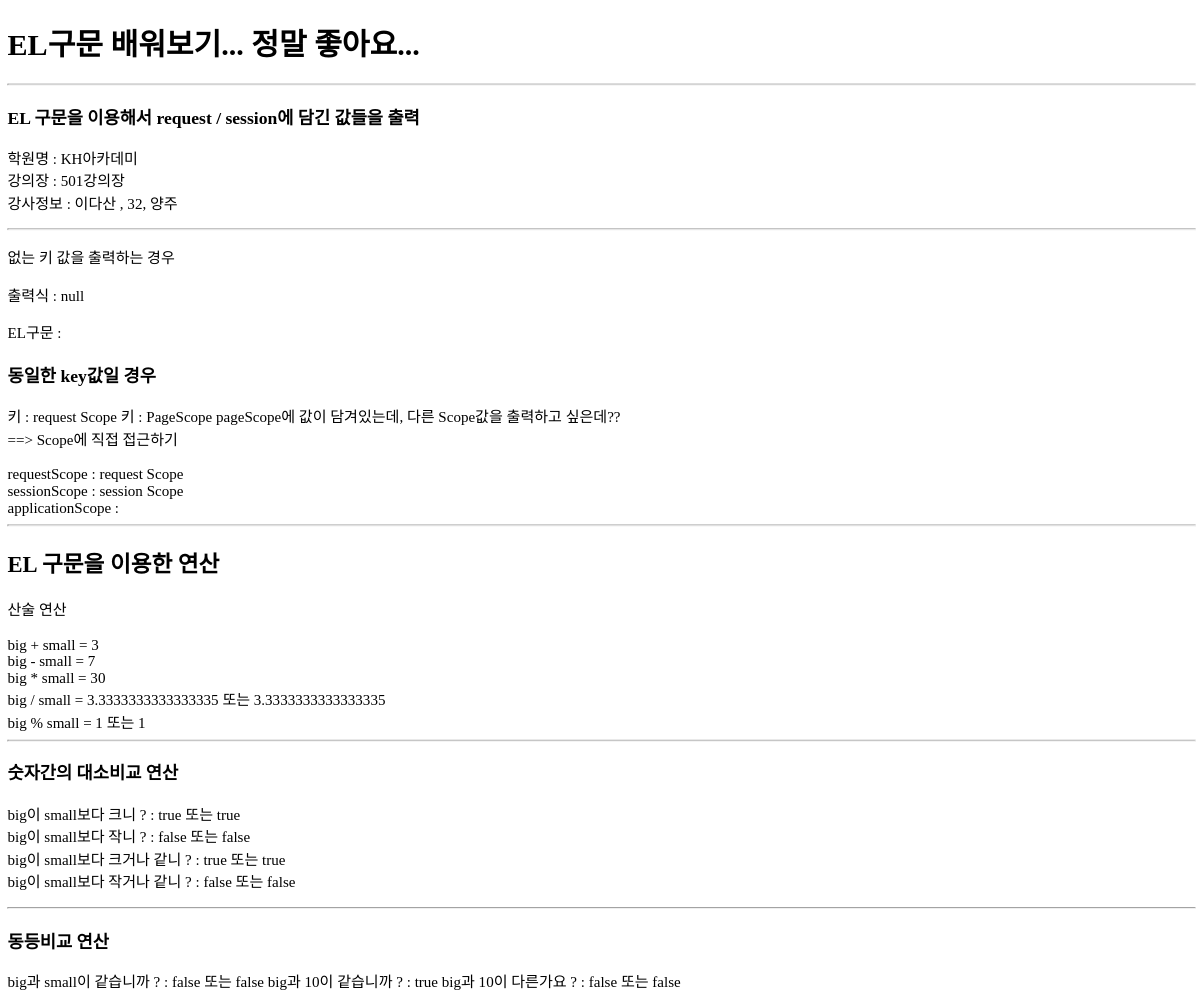
Repository: ham-zi/front-practice
Page: http://localhost/ActionProject/el.do
These files come from the project's save history. The page is drawn as it stood at one moment and after the next save; the edit follows.
The browser window is 1280 px wide. The pictures show the whole page, at 94% of full size.
The page is served by Tomcat 9.

Above is the page before, as saved 2026-05-06 06:36:06.

After the next save:
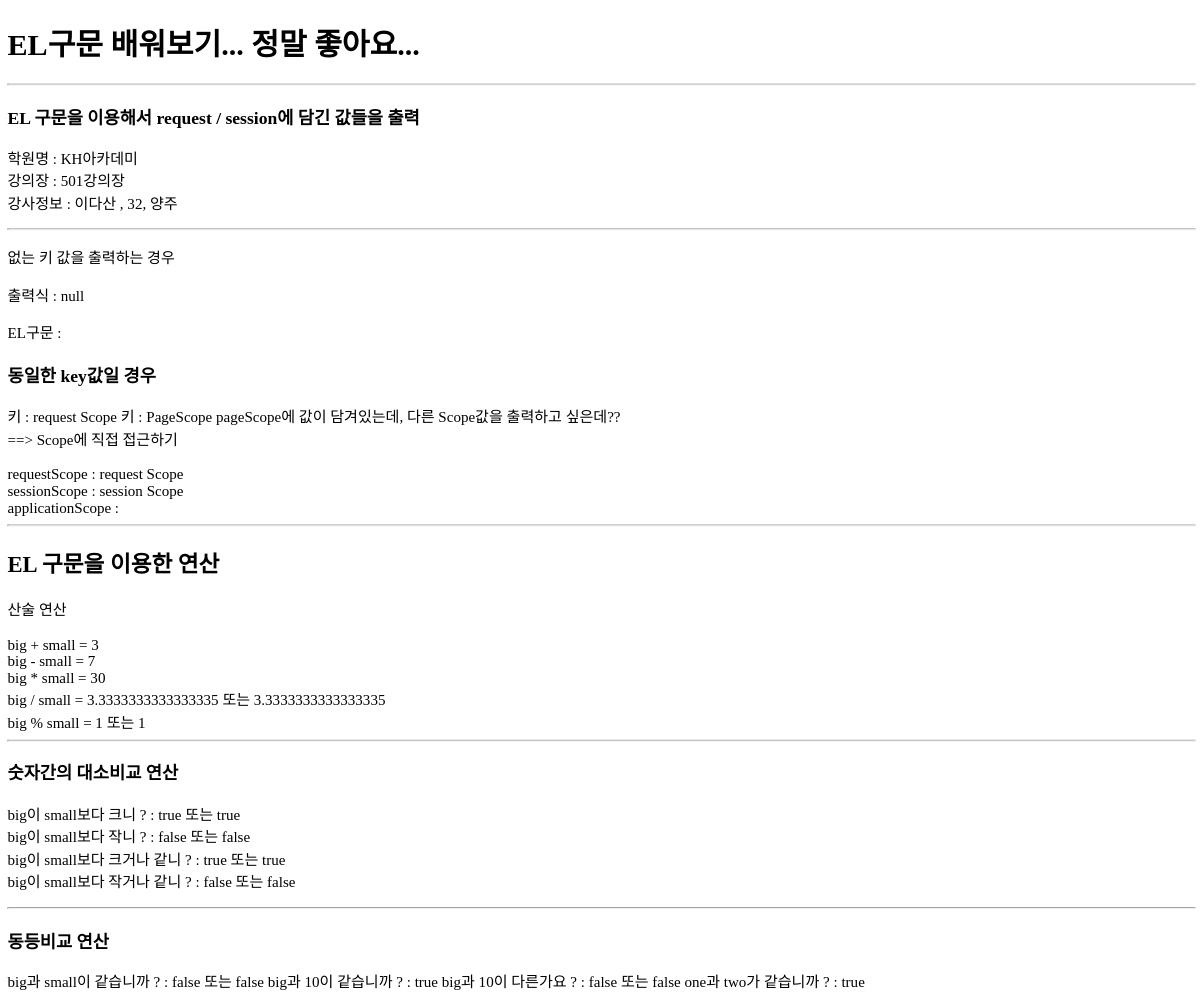
Saved 3 min 17 s later.
--- a/dynamic-workspace/ActionProject/src/main/webapp/WEB-INF/views/01_el.jsp
+++ b/dynamic-workspace/ActionProject/src/main/webapp/WEB-INF/views/01_el.jsp
@@ -143,7 +143,13 @@
 	 	big과 10이 같습니까 ? : ${ big eq 10 }
 	 	big과 10이 다른가요 ? : ${ big != 10 } 또는 ${ big ne 10 }
 	 	<!-- eq/ne을 쓰는것을 권장한다. -->
+
+	 	one과 two가 같습니까 ? : ${ strOne eq strTwo }
+	 	<!-- EL구문에서 문자열 == 비교는 equals()와 같은 동작을 함 -->
 	 </p>
+
+
+
 
 
 </body>
